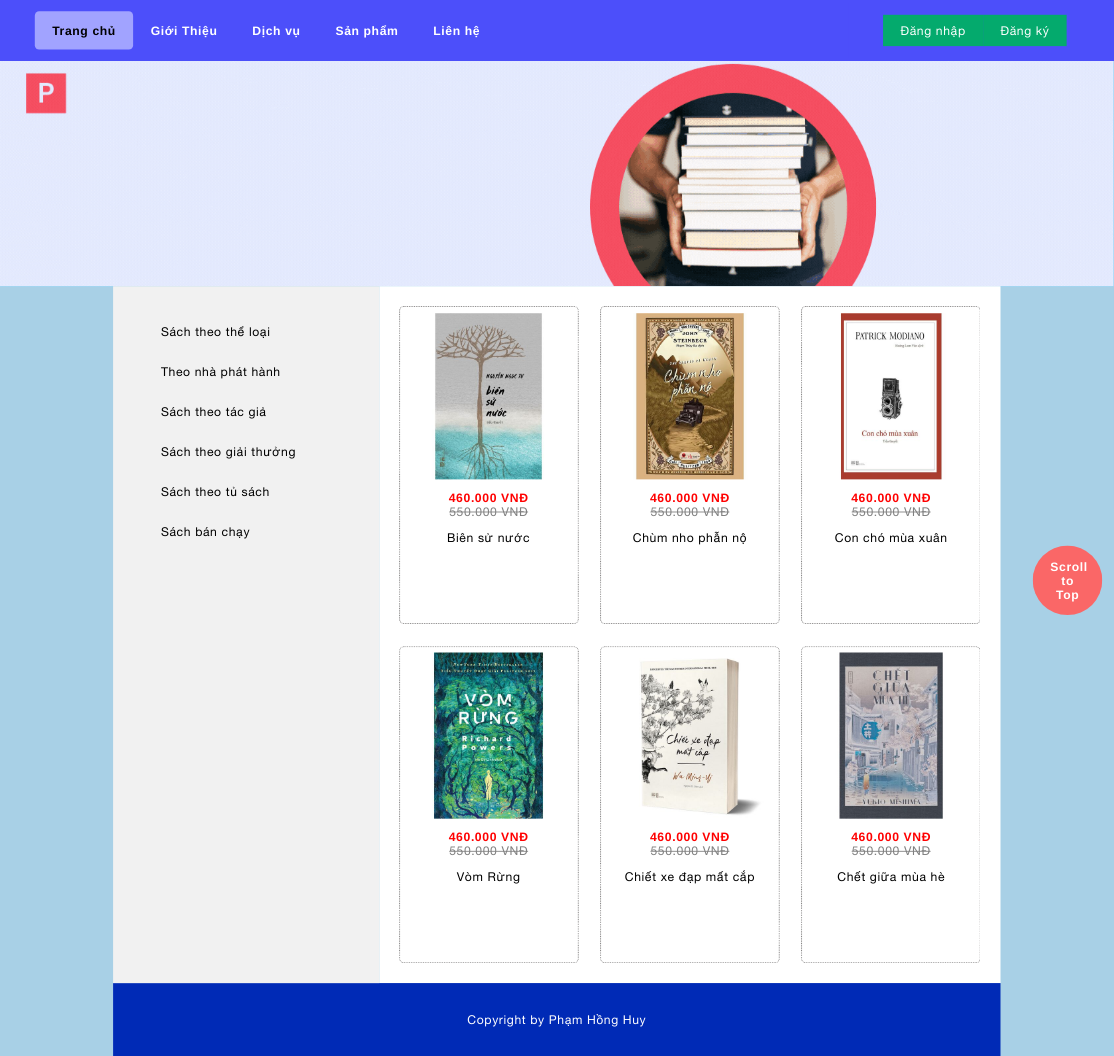
Repository: phamhonghuy/bookstore
Page: index.html
The author's editor kept a copy of each file at every save. The page is drawn from the files as they stood at one save, then again after the next save.
The browser window is 1280 px wide. The pictures show the whole page, at 87% of full size.

Above is the page before, as saved 2021-10-15 22:15:45.

### index.html
<!DOCTYPE html>
<html lang="en">
<head>
    <meta charset="UTF-8">
    <title> Bookshop: Buy books online. Support local bookstores.</title>
    <link rel="stylesheet" href="css/style.css" type="text/css" />
    <link rel="shortcut icon" href="./image/Logo.png" />
    <script type="text/javascript" src="js/script.js"></script>
</head>


<div class="navbar">
  <ul>
    <li><a class="active" href="./index.html">Trang chủ</a></li>
    <li><a href="./about.html">Giới Thiệu</a>
          <ul >
            <li><a href="#">Chính sách</a></li>
            <li><a href="#">Mua hàng</a></li>
            <li><a href="#">Thanh toán</a>
            </li>
          </ul>
    </li>
    <li><a href="./services.html">Dịch vụ</a>
        <ul >
        <li><a href="#">Đọc Online</a></li>
        <li><a href="#">Tư liệu</a></li>
        </li>
        </ul>
    </li>
    <li><a href="./product.html">Sản phẩm</a>
        <ul >
        <li><a href="#">Sách trong nước</a></li>
        <li><a href="#">Sách nước ngoài</a></li>
        <li><a href="#">Sách số</a>
        </li>
        </ul>
    </li>
    <li><a href="./contact.html">Liên hệ</a></li>
  </ul>
  <div class ="login">
      <ul>
        <li><button onclick="document.getElementById('id01').style.display='block'">Đăng nhập</button></li>
        <li><button onclick="document.getElementById('id01').style.display='block'">Đăng ký </button></li>
      </ul>
  </div>
</div>
  <div class="header">
    <h1></h1>

  </div>

  <div id="id01" class="modal">
    <span onclick="document.getElementById('id01').style.display='none'"
  class="close" title="Close Modal">&times;</span>

    <!-- Modal Content -->
    <form class="modal-content animate" action="/action_page.php">
      <div class="imgcontainer">
        <img src="img_avatar2.png" alt="Avatar" class="avatar">
      </div>

      <div class="container">
        <label for="uname"><b>Username</b></label>
        <input type="text" placeholder="Enter Username" name="uname" required>

        <label for="psw"><b>Password</b></label>
        <input type="password" placeholder="Enter Password" name="psw" required>

        <button type="submit">Login</button>
        <label>
          <input type="checkbox" checked="checked" name="remember"> Remember me
        </label>
      </div>

      <div class="container" style="background-color:#f1f1f1">
        <button type="button" onclick="document.getElementById('id01').style.display='none'" class="cancelbtn">Cancel</button>
        <span class="psw">Forgot <a href="#">password?</a></span>
      </div>
    </form>
  </div>
  <div class="row">

    <div class="side">
      <ul >
        <li><a href="#">Sách theo thể loại</a>
            <ul class="acer">
                <li><a href="#">Văn học</a></li>
                <li><a href="#">Kinh tế</a></li>
                <li><a href="#">Kỹ năng sống</a></li>
                </li>
            </ul>
        </li>
        <li><a href="#">Theo nhà phát hành</a>
            <ul class="dell">
                <li><a href="#">Phương Nam</a></li>
                <li><a href="#">NXB trẻ</a></li>
                <li><a href="#">Alpha Books</a></li>
            </ul>
        </li>
        <li><a href="#">Sách theo tác giả</a>
            <ul class="dell">
                <li><a href="#">Thích Nhất Hạnh</a></li>
                <li><a href="#">Phạm Công Luận</a></li>
                <li><a href="#">Tô Hoài</a></li>
            </ul>
        </li>
        <li><a href="#">Sách theo giải thưởng</a>
            <ul class="dell">
                <li><a href="#">Ưu thích</a></li>
                <li><a href="#">Nobel</a></li>
                <li><a href="#">Bầu chọn</a></li>
            </ul>
        </li>
        <li><a href="#">Sách theo tủ sách</a>
            <ul class="dell">
              <li><a href="#">Sách ưu đãi</a></li>
              <li><a href="#">Sống xanh</a></li>
              <li><a href="#">Top 100</a></li>
            </ul>
        </li>
        <li><a href="#">Sách bán chạy</a>
            <ul class="dell">
                <li><a href="#">Văn học</a></li>
                <li><a href="#">Thiếu nhi</a></li>
                <li><a href="#">Tuôi Teen</a></li>
            </ul>
        </li>
      </ul>
  </div>
  <div class="main">
    <div class="item">
     <a href="./item1.html"><img src="./image/book1.jpg" alt="item1"></a>
      <div class="block-gia">
        <div class="gia">
        <div class="gia-ban"><strong>460.000 VNĐ</strong></div>
        <div class="gia-cu"><del>550.000 VNĐ</del></div>

        </div>
      </div>
      <p>Biên sử nước</p>
      <form>
        <button name="buy_button" type="submit" onclick="alert('Đã thêm vào giỏ hàng.')" value="1">Mua Ngay</button>
      </form>
    </div>
    <div class="item">
     <a href="./item2.html"><img src="./image/book2.jpg" alt="item1"></a>
      <div class="block-gia">
        <div class="gia">
          <div class="gia-ban"><strong>460.000 VNĐ</strong></div>
          <div class="gia-cu"><del>550.000 VNĐ</del></div>
        </div>
      </div>
      <p>Chùm nho phẫn nộ</p>
      <form>
        <button name="buy_button" type="submit" onclick="alert('Đã thêm vào giỏ hàng.')" value="1">Mua Ngay</button>
      </form>
    </div>
    <div class="item">
     <a href="./item3.html"><img src="./image/book3.jpg" alt="item1"></a>
      <div class="block-gia">
        <div class="gia">
        <div class="gia-ban"><strong>460.000 VNĐ</strong></div>
        <div class="gia-cu"><del>550.000 VNĐ</del></div>

        </div>
      </div>
      <p>Con chó mùa xuân</p>
      <form>
        <button name="buy_button" type="submit" onclick="alert('Đã thêm vào giỏ hàng.')" value="1">Mua Ngay</button>
      </form>
    </div>
    <div class="item">
     <a href="./item4.html"><img src="./image/book4.jpg" alt="item1"></a>
      <div class="block-gia">
        <div class="gia">
        <div class="gia-ban"><strong>460.000 VNĐ</strong></div>
        <div class="gia-cu"><del>550.000 VNĐ</del></div>

        </div>
      </div>
      <p>Vòm Rừng</p>
      <form>
        <button name="buy_button" type="submit" onclick="alert('Đã thêm vào giỏ hàng.')" value="1">Mua Ngay</button>
      </form>
    </div>
    <div class="item">
     <a href="./item5.html"><img src="./image/book5.jpg" alt="item1"></a>
      <div class="block-gia">
        <div class="gia">
        <div class="gia-ban"><strong>460.000 VNĐ</strong></div>
        <div class="gia-cu"><del>550.000 VNĐ</del></div>

        </div>
      </div>
      <p>Chiết xe đạp mất cắp</p>
      <form>
        <button name="buy_button" type="submit" onclick="alert('Đã thêm vào giỏ hàng.')" value="1">Mua Ngay</button>
      </form>
    </div>
    <div class="item">
     <a href="./item6.html"> <img src="./image/book6.jpg" alt="item1"></a>
      <div class="block-gia">
        <div class="gia">
        <div class="gia-ban"><strong>460.000 VNĐ</strong></div>
        <div class="gia-cu"><del>550.000 VNĐ</del></div>

        </div>
      </div>
      <p>Chết giữa mùa hè</p>
      <form>
        <button name="buy_button" type="submit" onclick="alert('Đã thêm vào giỏ hàng.')" value="1">Mua Ngay</button>
      </form>
    </div>
    <button onclick='window.scrollTo({top: 0, behavior: "smooth"});' class="scrollTotop">Scroll to Top</button>

  </div>

  <div class="footer">
    <p>Copyright by Phạm Hồng Huy</p>
  </div>

</html>

### css/style.css
html {
  scroll-behavior: smooth;
}
* {
    box-sizing: border-box;
    font-family: Helvetica;
    letter-spacing: 0.7px;
    font-size: 14px;
  }
  @font-face {
    font-family:Helvetica;
    src: url(/font/helveticaneue.ttf);
}


body {
    font-family:inherit;
    margin: auto;
    font-size: 1em;
    min-width: 1200px;
    background-color: #A8D0E6;

  }

.header {
    text-align: center;
    height: 25vmax;
    background: #42c9ff;
    color: white;
    background-image: url(../image/Banner.gif);
    background-repeat: no-repeat;
    background-size:cover;
    min-width: 900px;
    width: 100%;
  }

.navbar {
    display: flex;
    background-color: rgb(76, 79, 250);
    position:fixed;
    top: 0;
    width: 100%;
    height: 70px;
    align-items: center;
    z-index: 5;
  }
.navbar .active {
    background-color: rgb(161, 163, 255);
    color:#000;
    border-radius: 5px;
  }
.navbar div.login {
    display: flex;
    background-color: rgb(76, 79, 250);
    position:fixed;
    width: 300px;
    align-items: center;
    float: right;
    right: 5px;
  }

.navbar ul li a {
    color: white;
    padding: 14px 20px;
    text-decoration: none;
    text-align: center;
    font-weight: bold

  }
.navbar ul li ul li a {
    color: white;
    text-decoration: none;
    text-align: center;

  }
.navbar ul {
  display: flex;
  list-style-type: none;
  }

.navbar ul li:hover> ul {
  display: flex;
  visibility: visible;
  position: absolute;
  z-index: 3;
  overflow: hidden;
  animation: menuNar_Hover 0.5s;
  }
  @keyframes menuNar_Hover {
    from {background-color: #cfdef6; opacity: 0%;height: 0px;}
    to {background-color: #8fa5ff; opacity: 100%; height:150px;}
  }
.navbar ul a:hover {
    background:#c0cdff;
    color: #000;
    border-radius: 5px;
    animation-name: Navbar_Hover;
    animation-duration: 1.5s;

  }

  @keyframes Navbar_Hover {
    from {background-color: rgb(76, 79, 250);}
    to {background-color: #c0cdff;}
  }
  .navbar ul a:active {
    background-color: #c0cdff;
    color: #000;
    border-radius: 5px;

  }


.navbar ul li ul {
  display: flex;
  visibility: hidden;
  position: absolute;
  background:#8fa5ff;
  color: white;
  display: flex;
  flex-direction: column;
  top:60px;
  border-radius: 5px;
  list-style-type: none;
  padding-inline-start: 0px;
  height: 150px;
  margin:-5px auto;
  }

.navbar ul li ul li{
  margin: 15px;
  border-radius: 5px;
  }


.row {
    display: flex;
    flex-wrap: wrap;
    /* width: 90vmax; */
    margin: 0 130px 0;
    min-width: 900px;
  }

.side {
    flex: 30%;
    background-color: #f1f1f1;
    padding: 20px 0;
    z-index: 2;

  }
.side ul {
  list-style-type:none;
  width: 253px;
  }
.side li {
  list-style-type:none;
  }
.side li:hover> ul {
  opacity: 1;
  visibility: visible;
  animation: menuSide_Hover 0.5s linear;
  width: 230px;

  }
.side li:hover {
  background-color: #8fa5ff;
  animation-name: Side_Hover;
  animation-duration: 1.5s;
}

@keyframes menuSide_Hover {
  from {background-color: #cfdef6; opacity: 0%;width: 150px; }
  50% {width: 200px !important;}
  to {background-color: #8fa5ff; opacity: 100%; width: 230px;}
}
@keyframes Side_Hover {
  from {background-color: #cfdef6; color:#000;}
  to {background-color: #8fa5ff; color: #fff;}
}


.side ul li {
    padding: 10px;
    border-radius: 5px;
  }

.side ul ul {
  list-style-type:none;
  opacity: 0;
  visibility: hidden;
  position: absolute;
  left: 378px;
  margin: -26px 0 0 5px;
  padding-inline-start: 0;
  border-radius: 5px;
  overflow: hidden;
  text-overflow: ellipsis;
  }
.side ul ul li {
  background-color: #8fa5ff;
  margin:0;
  overflow: hidden;
  text-overflow: ellipsis;
  border-radius: 0%;
  }
.side ul ul li a {
  color: rgb(255, 255, 255);
  margin: 0;
  overflow: hidden;
  text-overflow: ellipsis;
  }

.side a {
  color: black;
  padding: 5px;
  }
.side a:link {
  text-decoration: none;
  }

.side ul {
    padding: 10px auto;
  }
.side ul li {
    padding: 10px auto;
    margin: 10px auto;
  }

.main {
    flex: 70%;
    display: flex;
    flex-direction: row;
    background-color: white;
    padding: 10px;
    flex-wrap: wrap;
  }
div.main-services {
    width: 100%;
    display: flex;
    flex-direction: column;
    background-color: white;
    padding: 10px;
    flex-wrap:nowrap;
  }
div.main-product-container {
    width: 100%;
    display: flex;
    flex-direction: column;
    background-color: white;
    padding: 10px;
    flex-wrap:nowrap;
  }
div.main-product-container hr{
  border: 1px dotted rgb(0, 0, 0);
  width: 90%;
  }
div.product-container {
    width: 100%;
    display: flex;
    flex-direction: row;
    background-color: white;
    padding: 10px;
    flex-wrap:nowrap;
  }
div.main-product-container div.product-item {
  width: 100%;
  display: flex;
  flex-direction: row;
  background-color: white;
  padding: 0 50px;
  flex-wrap:nowrap;

  }
  div.main-product-container div.product-title {
    width: 35%;
    border-radius: 5px;
    margin-top: auto;
    margin-bottom: auto;
    margin-left: 30px;
    background-image: linear-gradient(to right, aqua,white);
  }
  div.main-product-container div.product-title p {
    font-size: 18px;
    padding-left: 20PX;
  }
div.main-services div.ebook {
    width: 100%;
    display: flex;
    flex-direction: row;
    background-color: white;
    padding: 0 100px;
    flex-wrap:nowrap;
  }
div.main-services div.ebook-title {
    width: 90%;
    display: flex;
    flex-direction: row;
    background-color: rgb(21, 76, 255);
    margin-left: auto;
    margin-right: auto;
    border-radius: 5px;
  }
div.main-services div.ebook-title p.ebook-title-text{
  color: white;
  margin: 14px;
  font-size: 18px;
  font-weight: bold;
  }
div.main-services div.literary-material-item {
    width: 100%;
    display: flex;
    flex-direction: row;
    background-color: white;
    padding: 0 100px;
    flex-wrap:nowrap;
  }
div.main-services div.literary-material-title {
  width: 90%;
  display: flex;
  flex-direction: row;
  background-color: rgb(21, 76, 255);
  margin-left: auto;
  margin-right: auto;
  border-radius: 5px;
  }
div.main-services div.literary-material-title p {
  color: white;
  margin: 14px;
  font-size: 18px;
  font-weight: bold;
  }
div.main-services div.literary-material img {
  width:70%;
  }
div.main-about {
    display: flex;
    flex-direction: row;
    background-color: white;
    padding: 30px;
    flex-wrap: wrap;

  }
div.main-about div.about span {
  margin-left:30px;
  text-align: justify;
  }
div.main-about div.about div.img-about {
  text-align: center;
  }
div.main-about div.about div.img-about img.img-about {
  width:80%;
  margin-left:40px;
  margin-right:40px;
  }
div.item {
    flex: 25%;
    border: 1px dotted rgb(93, 91, 91);
    border-radius: 5px;
    margin: 1vmax;
    padding:0.5vmax;
    text-align: center;
    font-size: 1em;
    display: block;
    position: relative;
  }
div.item-details {
    flex: 25%;
    /* border: 1px dotted rgb(93, 91, 91); */
    border-radius: 5px;
    margin: 1vmax;
    padding:0.5vmax;
    text-align: center;
    font-size: 1em;
    display: block;
    position: relative;
  }
div.item:hover {
  animation: Box-item-transform 0.5s;
  box-shadow: 5px 5px #808080;
  }
div.item-details:hover {
  animation: Box-item-details-transform 0.5s;
  }
  @keyframes Box-item-transform{
    from {  transform:scale(1);}
    50% {transform:scale(1.05);}
    to {  transform:scale(1);
      box-shadow: 5px 5px #808080 ; }

  }
  @keyframes Box-item-details-transform{
    from {  transform:scale(1);}
    50% {transform:scale(1.05);}
    to {  transform:scale(1);; }

  }
div.item:hover > form button {
  animation: Item_Hover 0.5s;
  visibility:visible;
  }
div.item-details:hover > form button {
  animation: Item_Hover 0.5s;
  visibility:visible;
  }
  @keyframes Item_Hover {
    from { color:#000; height: 0; transform: translateY(100%)}
    to { height: 70px;transform: translateY(0)}
  }

div.item form button  {
  height: 70px;
  width: 99%;
  background-color: rgb(245, 232, 190);
  visibility: hidden;
  color:#f00;
  font-size: large;
  font-weight: bold;
  border:none ;
  }
div.item-details form button  {
  height: 70px;
  width: 99%;
  background-color: rgb(245, 232, 190);
  visibility: hidden;
  color:#f00;
  font-size: large;
  font-weight: bold;
  border:none ;
  }

div.item img {
    width: 100%;
  }
div.item-details img {
    width: 100%;
  }
.block-gia {
  margin: 10px auto;
}
.gia-ban {
    color: #ff0000;
}
.gia-cu {
  font-size: 13px;
  color: #808080;
}


button.scrollTotop{
  position: fixed;
  right: 1vmax;
  bottom: 1vmax;
  height: 80px;
  width: 80px;
  border-radius: 50%;
  border:none;
  background-color: rgb(250, 103, 103);
  color:white;
  font-weight: bold;

}

div.details {
  width: 50%;
}
div.details p.book-name {
  text-align: center;
  font-size: large;
  font-weight: bold;
}
div.details p.book-author {
  text-align: center;
}
div.details div.book-description {
  height: 600px;
}
div.details p.book-description {
  text-indent: 30px;
  text-align: justify;
  margin-right: 20px;
}

div.star {
width: 100%;
height: 15px;
display: flex;
justify-content: center;

}

.ratingStar {
  width: 15px;
  height: 15px;
  float: left;
  background-repeat: no-repeat;
  background-image: url(../image/star.png);
  font-size: 0;
  background-size: 15px;
}
.more-item {
  flex: 70%;
  display: flex;
  flex-direction: row;
  background-color: white;
  padding: 10px;
  flex-wrap: wrap;
}
#more-item {
  width:100% ;
  font-weight: bold;
}
div.main button.scrollTotop:hover {
animation:scrolltotop 1s ;
transition: width 0.5ss;
animation-direction: reverse;
}
@-webkit-keyframes scrolltotop {
  from{ background :rgb(250, 103, 103); }
  to  {background :rgb(95, 175, 250);  box-shadow: 5px 5px #808080;}
}
.footer {
  color: white;
    padding: 20px;
    text-align: center;
    background: rgb(0, 42, 182);
    width: 100%;
}

  @media screen and (max-width: 700px) {
    .row, .navbar {
      flex-direction: column;
    }
  }
  /* Full-width input fields */
input[type=text], input[type=password] {
  width: 100%;
  padding: 12px 20px;
  margin: 8px 0;
  display: inline-block;
  border: 1px solid #ccc;
  box-sizing: border-box;
}

/* Set a style for all buttons */
button {
  background-color: #04AA6D;
  color: white;
  padding: 10px 20px;
  border: none;
  cursor: pointer;
  width: 100%;
}

button:hover {
  opacity: 0.8;
}

/* Extra styles for the cancel button */
.cancelbtn {
  width: auto;
  padding: 10px 18px;
  background-color: #f44336;
}

/* Center the image and position the close button */
.imgcontainer {
  text-align: center;
  margin: 24px 0 12px 0;
  position: relative;
}

img.avatar {
  width: 40%;
  border-radius: 50%;
}

.container {
  padding: 16px;
}

span.psw {
  float: right;
  padding-top: 16px;
}

  .modal {
    display: none; /* Hidden by default */
    position: fixed; /* Stay in place */
    z-index: 1; /* Sit on top */
    left: 0;
    top: 0;
    width: 100%; /* Full width */
    height: 100%; /* Full height */
    overflow: auto; /* Enable scroll if needed */
    background-color: rgb(0,0,0); /* Fallback color */
    background-color: rgba(0,0,0,0.4); /* Black w/ opacity */
    padding-top: 60px;
  }

  /* Modal Content/Box */
  .modal-content {
    background-color: #fefefe;
    margin: 5px auto; /* 15% from the top and centered */
    border: 1px solid #888;
    width: 80%; /* Could be more or less, depending on screen size */
  }

  /* The Close Button */
  .close {
    /* Position it in the top right corner outside of the modal */
    position: absolute;
    right: 25px;
    top: 0;
    color: #000;
    font-size: 35px;
    font-weight: bold;
  }

  /* Close button on hover */
  .close:hover,
  .close:focus {
    color: red;
    cursor: pointer;
  }

  /* Add Zoom Animation */
  .animate {
    -webkit-animation: animatezoom 0.6s;
    animation: animatezoom 0.6s
  }

  @-webkit-keyframes animatezoom {
    from {-webkit-transform: scale(0)}
    to {-webkit-transform: scale(1)}
  }

  @keyframes animatezoom {
    from {transform: scale(0)}
    to {transform: scale(1)}
  }

### JS/script.js

// Get the modal
var modal = document.getElementById('id01');

// When the user clicks anywhere outside of the modal, close it
window.onclick = function(event) {
  if (event.target == modal) {
    modal.style.display = "none";
  }
}

After the next save:
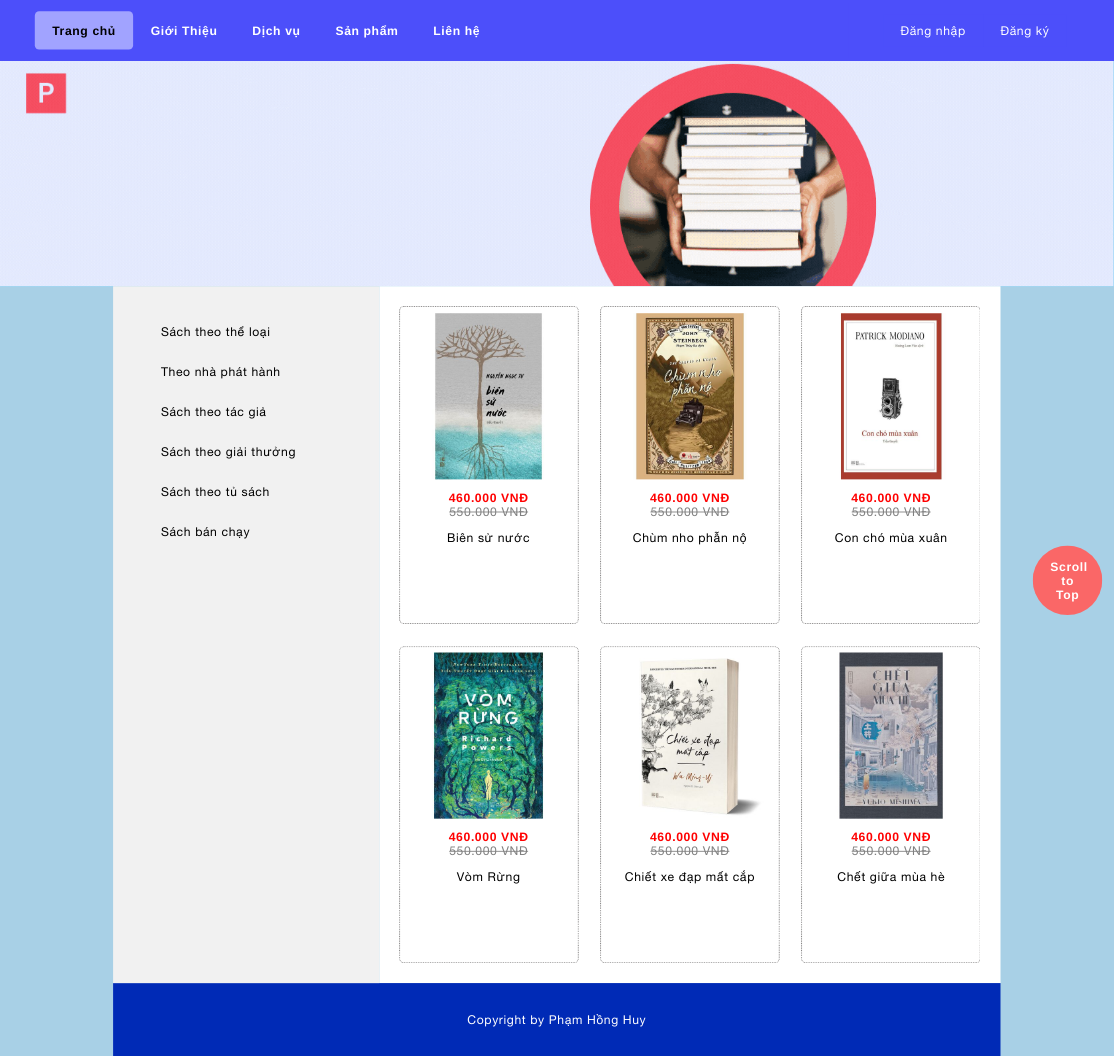
Saved 51 s later.
--- a/css/style.css
+++ b/css/style.css
@@ -543,7 +543,7 @@ input[type=text], input[type=password] {
 
 /* Set a style for all buttons */
 button {
-  background-color: #04AA6D;
+  background-color: rgb(76, 79, 250);
   color: white;
   padding: 10px 20px;
   border: none;
